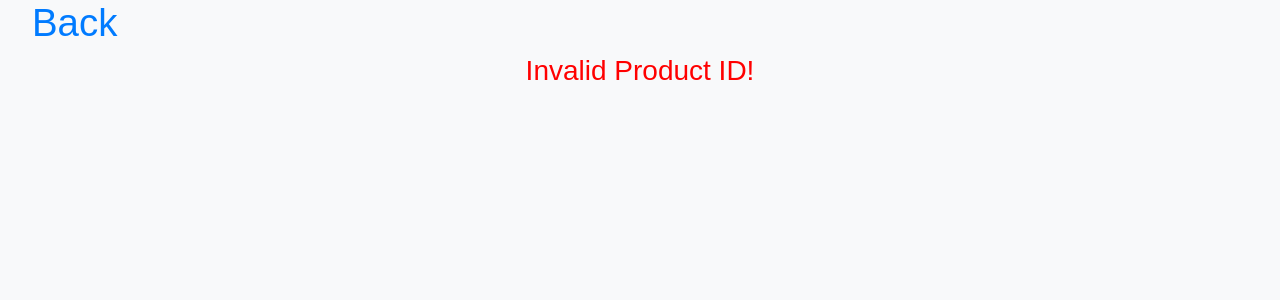
Repository: Dineshbabu290904/DigiMart
Page: http://localhost/DigiMart/admin/editProduct.jsp
An editor plug-in stored every save of this project. The page is shown before and after the next save, followed by the edit.
The browser window is 1280 px wide. The pictures show the whole page.
Some web libraries are served in a nearby version. The page is served by Tomcat 9.

Above is the page before, as saved 2024-10-16 16:43:50.

After the next save:
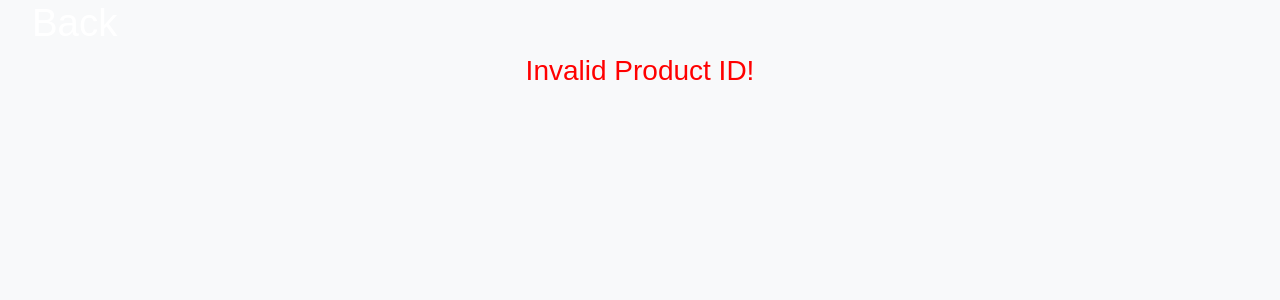
Saved 61 s later.
--- a/DigiMart/src/main/webapp/admin/editProduct.jsp
+++ b/DigiMart/src/main/webapp/admin/editProduct.jsp
@@ -12,22 +12,25 @@
     <title>Edit Product</title>
     <style>
         body {
+            font-family: Arial, sans-serif;
             background-color: #f8f9fa; /* Light background color */
+            color: #333; /* Dark text color for contrast */
         }
         .back {
-            color: #007bff; /* Bootstrap primary color */
+            color: white;
             margin-left: 2.5%;
             text-decoration: none;
             font-size: 1.2em;
         }
         .card {
-            margin: 20px auto; /* Center the card */
-            max-width: 600px; /* Limit the card width */
+            margin: 20px; /* Space between cards */
         }
         .input-style {
             border-radius: 25px;
             background-color: #e0f7fa; /* Light cyan background */
             border: 1px solid #ccc;
+            padding: 10px;
+            width: 100%;
         }
         button {
             background-color: #28a745; /* Green background */
@@ -69,64 +72,75 @@
                     String status = rs.getString("status");
     %>
 
-    <!-- Product Edit Card -->
-    <div class="card">
-        <div class="card-header">
-            <h3>Edit Product</h3>
-        </div>
-        <div class="card-body">
-            <form action="UpdateProductServlet" method="post" enctype="multipart/form-data">
-                <input type="hidden" name="product_id" value="<%= productId %>"> <!-- Hidden field for product ID -->
+    <!-- Product Edit Form in a Card Layout -->
+    <form action="UpdateProductServlet" method="post" enctype="multipart/form-data">
+        <input type="hidden" name="product_id" value="<%= productId %>"> <!-- Hidden field for product ID -->
 
-                <div class="form-group">
-                    <label>User ID</label>
-                    <input class="input-style form-control" type="number" name="user_id" value="<%= userId %>" required />
+        <div class="container">
+            <div class="row">
+                <div class="col-md-6">
+                    <div class="card">
+                        <div class="card-body">
+                            <h3 class="card-title">User ID</h3>
+                            <input class="input-style" type="number" name="user_id" value="<%= userId %>" required />
+                            <hr>
+
+                            <h3 class="card-title">Name</h3>
+                            <input class="input-style" type="text" name="name" value="<%= name %>" required />
+                        </div>
+                    </div>
                 </div>
 
-                <div class="form-group">
-                    <label>Name</label>
-                    <input class="input-style form-control" type="text" name="name" value="<%= name %>" required />
+                <div class="col-md-6">
+                    <div class="card">
+                        <div class="card-body">
+                            <h3 class="card-title">Category</h3>
+                            <input class="input-style" type="text" name="category" value="<%= category %>" required />
+                            <hr>
+
+                            <h3 class="card-title">Price per Unit</h3>
+                            <input class="input-style" type="number" name="price_per_unit" value="<%= pricePerUnit %>" required step="0.01" />
+                        </div>
+                    </div>
+                </div>
+            </div>
+
+            <div class="row">
+                <div class="col-md-6">
+                    <div class="card">
+                        <div class="card-body">
+                            <h3 class="card-title">Description</h3>
+                            <textarea class="input-style" name="description" required><%= description %></textarea>
+                        </div>
+                    </div>
                 </div>
 
-                <div class="form-group">
-                    <label>Description</label>
-                    <textarea class="input-style form-control" name="description" required><%= description %></textarea>
+                <div class="col-md-6">
+                    <div class="card">
+                        <div class="card-body">
+                            <h3 class="card-title">Unit</h3>
+                            <input class="input-style" type="text" name="unit" value="<%= unit %>" required />
+                            <hr>
+
+                            <h3 class="card-title">Available Quantity</h3>
+                            <input class="input-style" type="number" name="available_qty" value="<%= availableQty %>" required />
+                            <hr>
+
+                            <h3 class="card-title">Status</h3>
+                            <select class="input-style" name="status" required>
+                                <option value="Available" <%= status.equals("Available") ? "selected" : "" %>>Available</option>
+                                <option value="Out of Stock" <%= status.equals("Out of Stock") ? "selected" : "" %>>Out of Stock</option>
+                            </select>
+                        </div>
+                    </div>
                 </div>
+            </div>
 
-                <div class="form-group">
-                    <label>Category</label>
-                    <input class="input-style form-control" type="text" name="category" value="<%= category %>" required />
-                </div>
-
-                <div class="form-group">
-                    <label>Price per Unit</label>
-                    <input class="input-style form-control" type="number" name="price_per_unit" value="<%= pricePerUnit %>" required step="0.01" />
-                </div>
-
-                <div class="form-group">
-                    <label>Unit</label>
-                    <input class="input-style form-control" type="text" name="unit" value="<%= unit %>" required />
-                </div>
-
-                <div class="form-group">
-                    <label>Available Quantity</label>
-                    <input class="input-style form-control" type="number" name="available_qty" value="<%= availableQty %>" required />
-                </div>
-
-                <div class="form-group">
-                    <label>Status</label>
-                    <select class="input-style form-control" name="status" required>
-                        <option value="Available" <%= status.equals("Available") ? "selected" : "" %>>Available</option>
-                        <option value="Out of Stock" <%= status.equals("Out of Stock") ? "selected" : "" %>>Out of Stock</option>
-                    </select>
-                </div>
-
-                <div class="text-center">
-                    <button type="submit" name="update">Update Product</button>
-                </div>
-            </form>
+            <div style="text-align: center; margin-top: 20px;">
+                <button type="submit" name="update">Update Product</button>
+            </div>
         </div>
-    </div>
+    </form>
 
     <%
                 } else {
